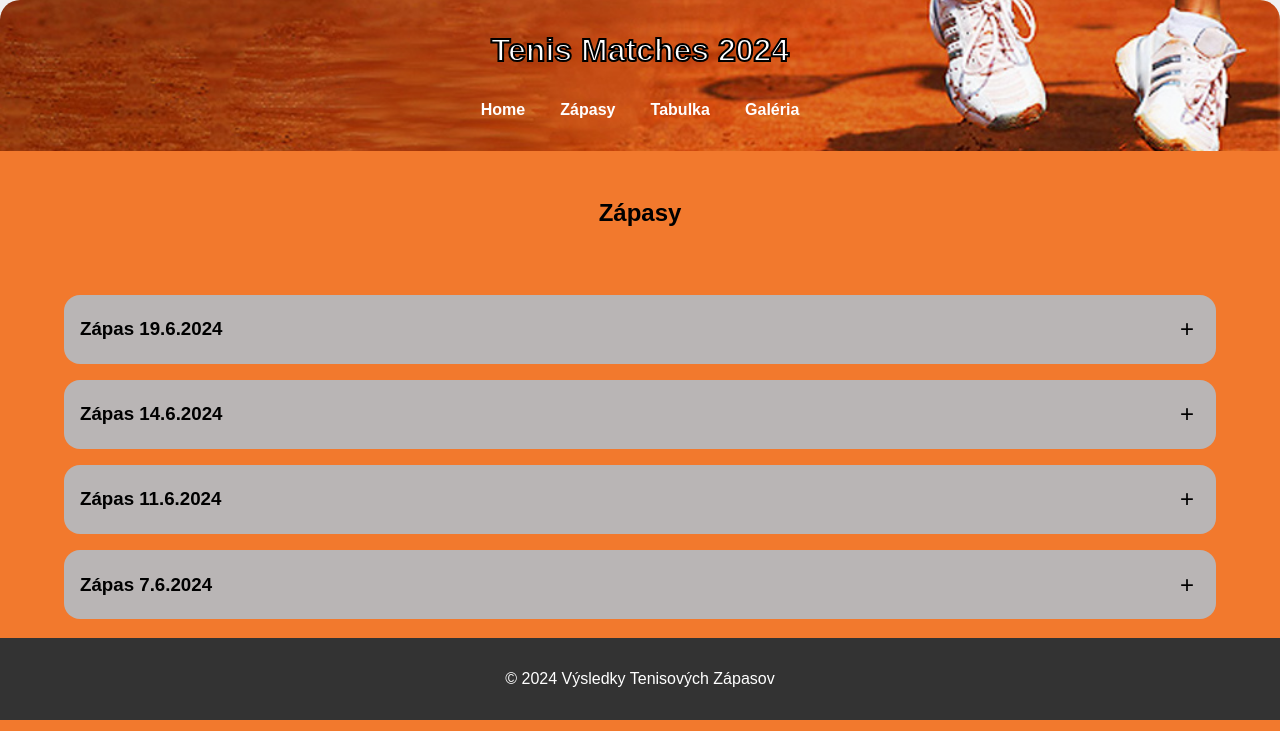
Repository: Badynko/tenis
Page: matches.html
The author's editor kept a copy of each file at every save. The page is drawn from the files as they stood at one save, then again after the next save.
The browser window is 1280 px wide. The pictures show the whole page.

Above is the page before, as saved 2024-07-23 18:24:38.

### matches.html
<!DOCTYPE html>
<html lang="sk">
  <head>
    <meta charset="UTF-8" />
    <meta name="viewport" content="width=device-width, initial-scale=1.0" />
    <title>Tenis Matches 2024</title>
    <link rel="stylesheet" href="css/style.css" />
  </head>
  <body>
    <header>
      <h1>Tenis Matches 2024</h1>
      <nav>
        <ul class="menu">
          <li><a href="index.html">Home</a></li>
          <li><a href="matches.html">Zápasy</a></li>
          <li><a href="table.html">Tabulka</a></li>
          <li><a href="gallery.html">Galéria</a></li>
        </ul>
      </nav>
    </header>
    <main>
      <section id="zapasy">
        <h2>Zápasy</h2>

        <div class="accordion-container">
          <div class="accordion">
            <div class="accordion-header">
              <h3>Zápas 19.6.2024</h3>
              <button>+</button>
            </div>
            <div class="accordion-body">
              <div class="player">Bady</div>
              <div class="score">6 - 4, 3 - 6, 3 - 6</div>
              <div class="player">Wicta</div>
            </div>
          </div>

          <div class="accordion">
            <div class="accordion-header">
              <h3>Zápas 14.6.2024</h3>
              <button>+</button>
            </div>
            <div class="accordion-body">
              <div class="player">Bady</div>
              <div class="score">3 - 6, 3 - 6</div>
              <div class="player">Wicta</div>
            </div>
          </div>

          <div class="accordion">
            <div class="accordion-header">
              <h3>Zápas 11.6.2024</h3>
              <button>+</button>
            </div>
            <div class="accordion-body">
              <div class="player">Bady</div>
              <div class="score">6 - 2, 4 - 6, 6 - 1</div>
              <div class="player">Wicta</div>
            </div>
          </div>

          <div class="accordion">
            <div class="accordion-header">
              <h3>Zápas 7.6.2024</h3>
              <button>+</button>
            </div>
            <div class="accordion-body">
              <div class="player">Bady</div>
              <div class="score">6 - 4, 6 - 2</div>
              <div class="player">Wicta</div>
            </div>
          </div>
        </div>

        <!--<button class="match">
          Zápas 7
          <p>19.6.2024</p>
        </button>
        <div class="accordion, hidden">
          <div class="player">Bady</div>
          <div class="score">6 - 4, 4 - 6, 6 - 2</div>
          <div class="player">Wicta</div>
        </div>

        <button class="match">
          Zápas 6
          <p>16.6.2024</p>
        </button>
        <div class="accordion, hidden">
          <div class="player">Bady</div>
          <div class="score">6 - 3, 7 - 5</div>
          <div class="player">Wicta</div>
        </div>

        <button class="match">
          Zápas 5
          <p>13.6.2024</p>
        </button>
        <div class="accordion, hidden">
          <div class="player">Bady</div>
          <div class="score">6 - 3, 7 - 5</div>
          <div class="player">Wicta</div>
        </div>-->
      </section>
    </main>
    <footer>
      <p>&copy; 2024 Výsledky Tenisových Zápasov</p>
    </footer>
    <script src="js/script-matches.js"></script>
  </body>
</html>

### css/style.css
body {
  font-family: Arial, sans-serif;
  margin: 0;
  padding: 0;
  background-color: #f0f0f0;
}

header {
  color: #fff;
  text-align: center;
  padding: 1rem 0;
  border-radius: 20px 20px 0 0;
  font-family: Century Gothic, CenturyGothic, AppleGothic, sans-serif;

  background: url(../img/header.jpg) 100% / cover;
}

h1 {
  -webkit-text-stroke: 2px black;
  margin: 0;
  margin-top: 1rem;
}

nav {
  margin: 2rem 0;
  margin-bottom: 0;
}

.menu {
  list-style-type: none;
  padding: 0;
  display: flex;
  justify-content: center;
}

.menu li {
  margin: 0 1rem;
}

.menu a {
  color: #fff;
  text-decoration: none;
  padding: 0.5rem 0.1rem;
  border-radius: 5px;
  transition: background-color 0.3s;
  font-weight: bold;
}

.menu a:hover {
  background-color: #575757;
}

main {
  margin-bottom: 0;
  background-color: #f2792d;
  padding: 1rem;
  text-align: center;
}

section {
  margin: 2rem 0;
}

.match {
  background-color: #fff;
  padding: 1rem;
  border-radius: 5px;
  box-shadow: 0 0 10px rgba(0, 0, 0, 0.1);
  display: flex;
  justify-content: space-between;
  align-items: center;
  flex-wrap: wrap;
}

.player {
  font-size: 1.2rem;
  flex: 1 1 100%;
  text-align: center;
  margin: 0.5rem 0;
}

.score {
  font-size: 1.5rem;
  flex: 1 1 100%;
  text-align: center;
  font-weight: bold;
  color: #333;
  margin: 0.5rem 0;
}

footer {
  background-color: #333;
  color: #fff;
  text-align: center;
  padding: 1rem 0;
  position: fixed;
  left: 0;
  bottom: 0;
  width: 100%;
}

@media (min-width: 600px) {
  .match {
    flex-wrap: nowrap;
  }

  .player,
  .score {
    flex: 1;
    text-align: left;
  }

  .score {
    text-align: center;
  }
}

/* HOME SLIDER */
.slider {
  margin-top: 3rem;
  width: 100%;
  padding-bottom: 50%;
}
.slider img {
  width: 100%;
  overflow: hidden;
}
.wrapper {
  width: 100%;
  margin: 0;
}
@media only screen and (min-width: 1024px) {
  .wrapper {
    width: 1024px;
    margin: auto;
  }
}

/* Accordion Styles */

.accordion {
  margin-bottom: 1rem;
}

.accordion-container {
  padding: 3rem;
}

.accordion-header,
.accordion-body {
  padding: 0.3rem 1rem;
}

.accordion-header {
  display: flex;
  justify-content: space-between;
  align-items: center;
  background-color: #b9b5b5;
  border-radius: 1rem;
  cursor: pointer;
}

.accordion-header button {
  background-color: transparent;
  border: none;
  font-size: 1.5rem;
}

.accordion-header:hover {
  background-color: #716f6f;
}

.accordion-body {
  background-color: #fff;
  border-radius: 0 0 1rem 1rem;
  display: none;
}

.accordion.active .accordion-body {
  display: block;
}

### js/script-matches.js
"use strict";

const accordions = document.querySelectorAll(".accordion");
accordions.forEach((accordion) => {
  accordion.addEventListener("click", (e) => {
    let accordionBtn = accordion.querySelector("button");
    accordion.classList.toggle("active");
    if (accordionBtn.textContent === "+") {
      accordionBtn.textContent = "-";
    } else {
      accordionBtn.textContent = "+";
    }
  });
});

After the next save:
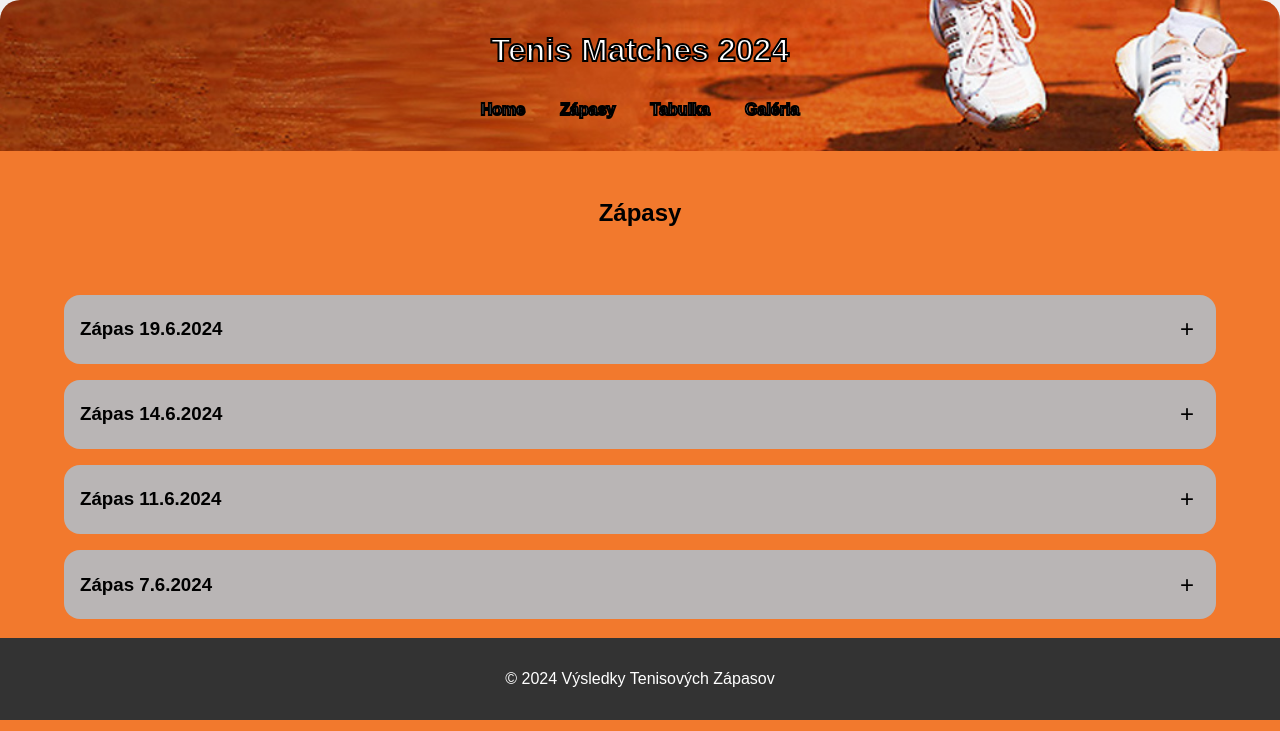
Saved 17 s later.
--- a/css/style.css
+++ b/css/style.css
@@ -44,6 +44,7 @@ nav {
   border-radius: 5px;
   transition: background-color 0.3s;
   font-weight: bold;
+  -webkit-text-stroke: 2px black;
 }
 
 .menu a:hover {
